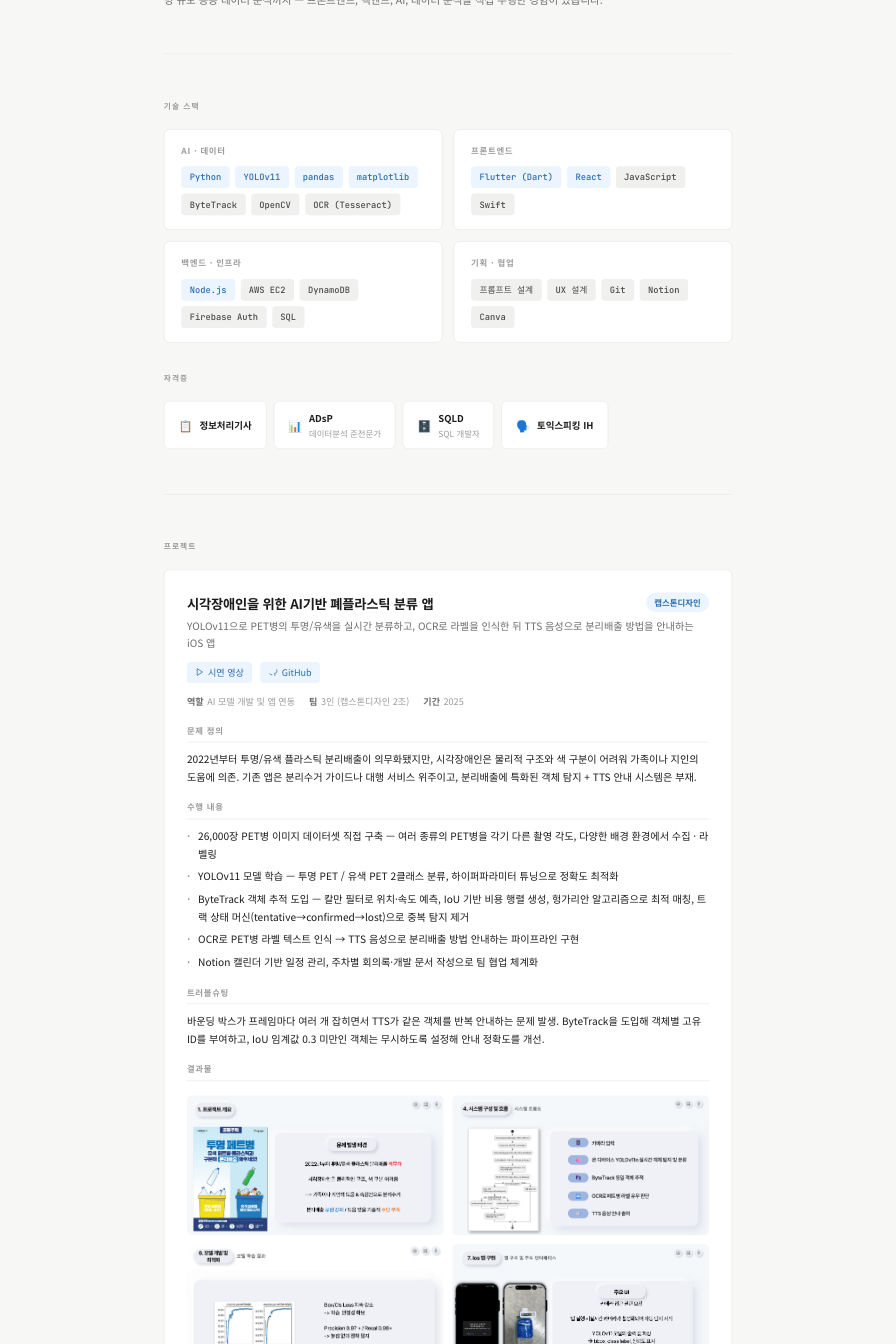
Repository: zzeyoung/zzeyoung.github.io
Page: index.html
An editor plug-in stored every save of this project. The page is shown before and after the next save, followed by the edit.
The browser window is 1280 px wide. The pictures show the part of the page from y = 361 to 2281 px (the page is 6989 px tall), at 70% of full size.

Above is the page before, as saved 2026-07-13 05:19:31.

After the next save:
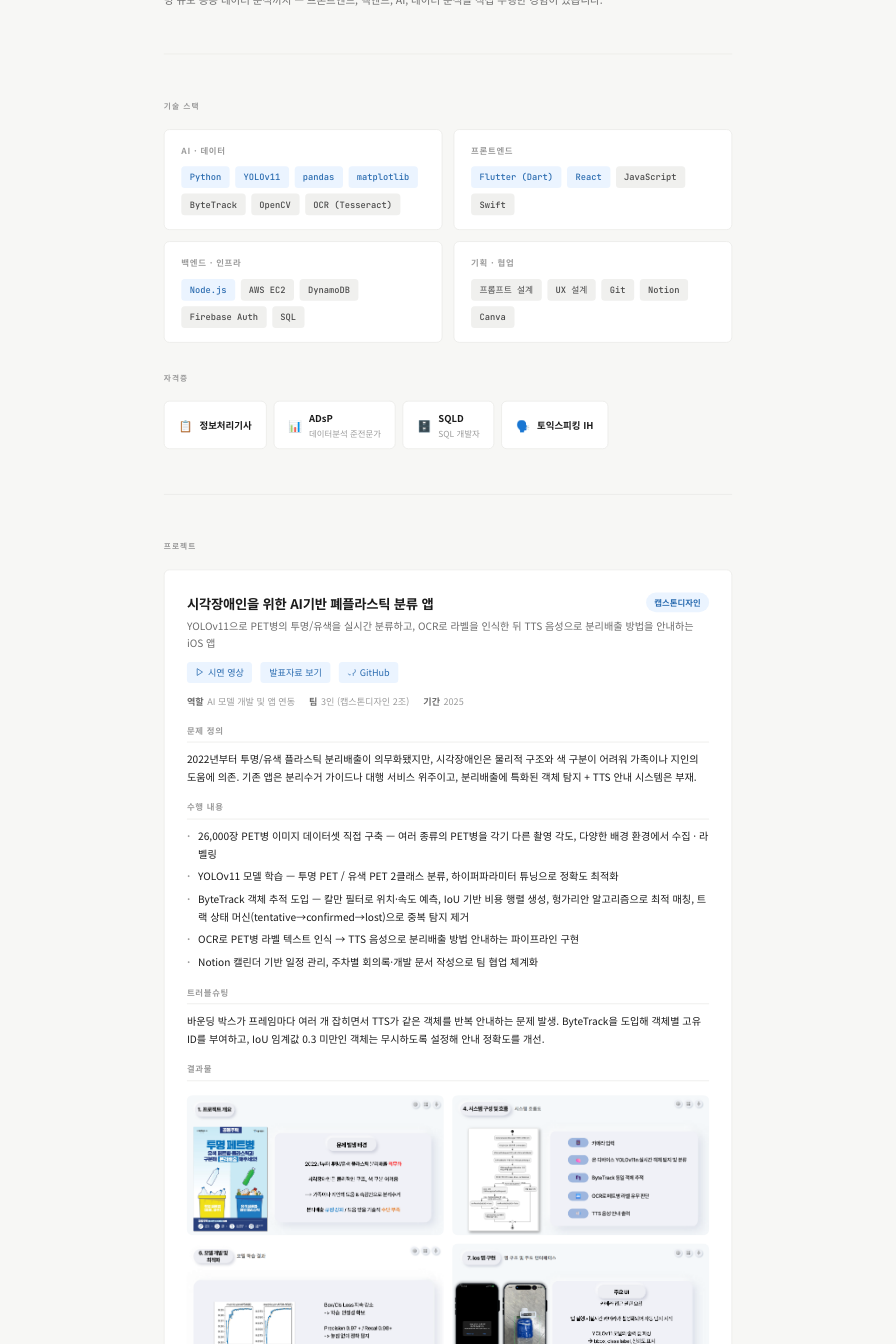
Saved 6 min 18 s later.
--- a/index.html
+++ b/index.html
@@ -229,6 +229,7 @@ Index · HTML
       <a href="https://www.youtube.com/shorts/-tTtCNdwBeA?feature=shared" class="project-url" target="_blank">
         <svg viewBox="0 0 24 24" fill="none" stroke="currentColor" stroke-width="2"><polygon points="5 3 19 12 5 21 5 3"/></svg>
         시연 영상</a>
+      <a href="docs/캡스톤ppt(1).pdf" class="project-url" target="_blank">발표자료 보기</a>
       <a href="#" class="project-url">
         <svg viewBox="0 0 24 24" fill="none" stroke="currentColor" stroke-width="2"><path d="M9 19c-5 1.5-5-2.5-7-3m14 6v-3.87a3.37 3.37 0 0 0-.94-2.61c3.14-.35 6.44-1.54 6.44-7A5.44 5.44 0 0 0 20 4.77"/></svg>
         GitHub</a>
